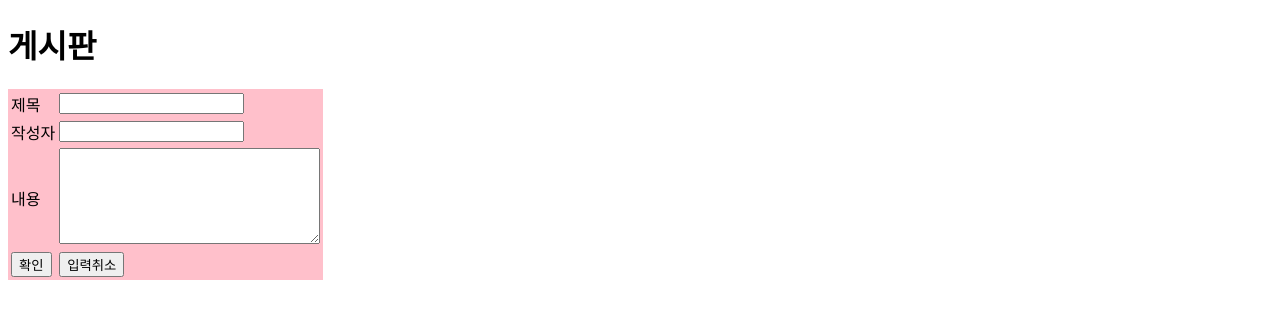
Repository: SongHyeSun/JSP
Page: jspSrc17/och03/src/main/webapp/board.html
The author's editor kept a copy of each file at every save. The page is drawn from the files as they stood at one save, then again after the next save.
The browser window is 1280 px wide. The pictures show the whole page.

Above is the page before, as saved 2024-07-10 02:35:30.

### jspSrc17/och03/src/main/webapp/board.html
<!DOCTYPE html>
<html>
<head>
<meta charset="UTF-8">
<title>Insert title here</title>
<script type="text/javascript">
	function chk() {
		if (!frm.title.value) {
			alert("제목?")
			frm.title.focus();
			return false;
		}
		if (!frm.writer.value) {
			alert("작성자는?")
			frm.writer.focus();
			return false;
		}
		if (!frm.content.value) {
			alert("내용은?")
			frm.content.focus();
			return false;
		}
		return true;
	}
</script>
</head>
<body>
	<h1>게시판</h1>
	<form action="board.jsp" method="post" name="frm" onsubmit="return chk()">
		<table boarder="1" bgcolor="pink">
			<tr>
				<td>제목</td>
				<td><input type="text" name="title"></td>
			</tr>
			<tr>
				<td>작성자</td>
				<td><input type="text" name="writer"></td>
			</tr>
			<tr>
				<td>내용</td>
				<td><textarea cols="30" rows="6" name="content"></textarea></td>
			</tr>
			<tr>
				<td><input type="submit" value="확인"></td>
				<td><input type="reset" value="입력취소"></td>
			</tr>
		</table>
	</form>
</body>
</html>

After the next save:
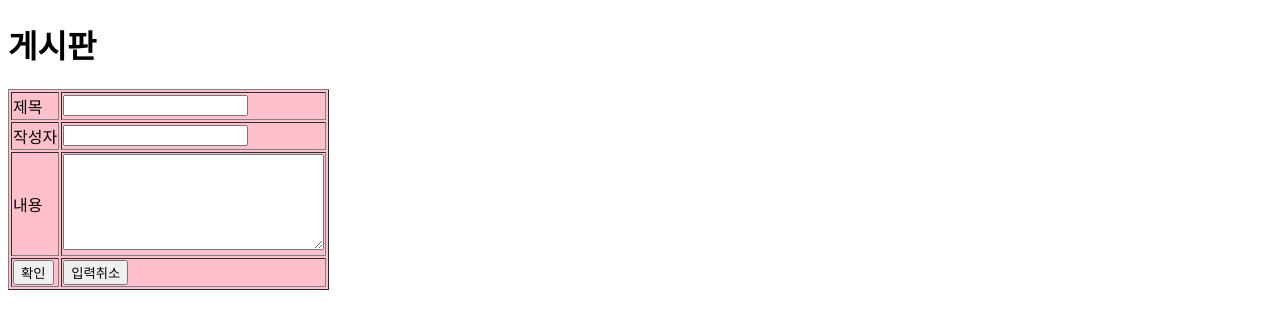
Saved 49 s later.
--- a/jspSrc17/och03/src/main/webapp/board.html
+++ b/jspSrc17/och03/src/main/webapp/board.html
@@ -27,7 +27,7 @@
 <body>
 	<h1>게시판</h1>
 	<form action="board.jsp" method="post" name="frm" onsubmit="return chk()">
-		<table boarder="1" bgcolor="pink">
+		<table border="1" bgcolor="pink">
 			<tr>
 				<td>제목</td>
 				<td><input type="text" name="title"></td>
